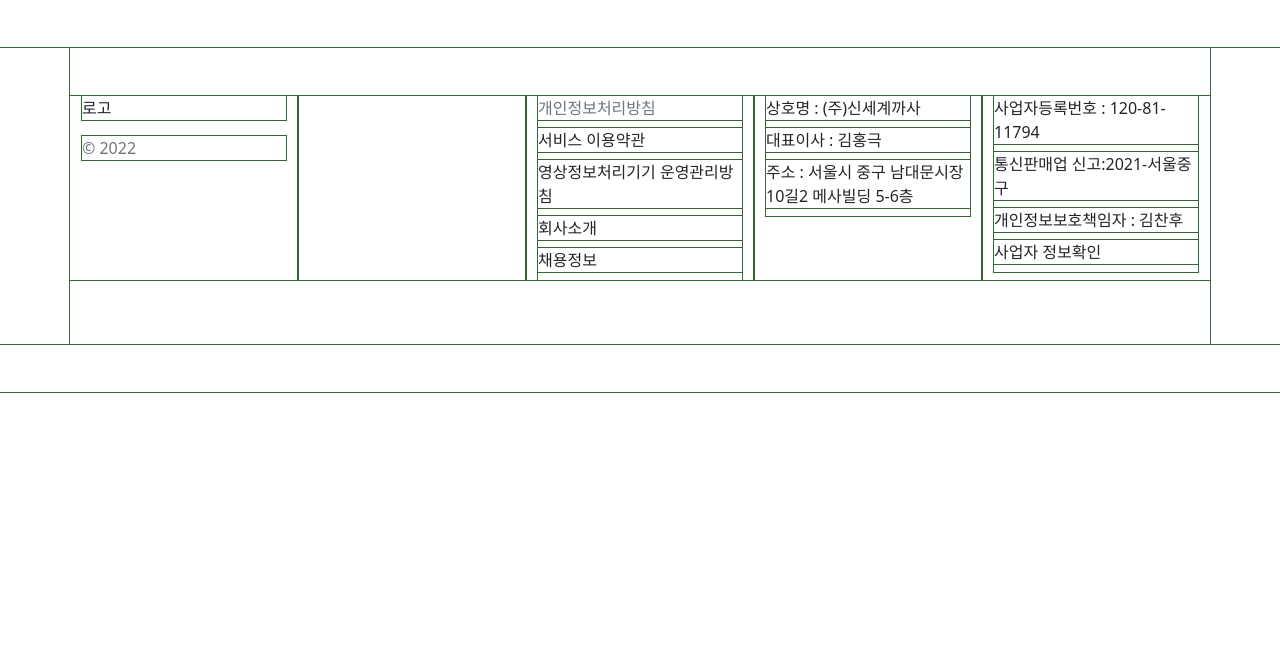
Repository: raoniee/Elice-House-Project
Page: FE/src/components/footer/footer.html
The author's editor kept a copy of each file at every save. The page is drawn from the files as they stood at one save, then again after the next save.
The browser window is 1280 px wide. The pictures show the whole page.

Above is the page before, as saved 2023-07-04 16:57:22.

### FE/src/components/footer/footer.html
<!DOCTYPE html>
<html lang="ko">
  <head>
    <meta charset="UTF-8" />
    <meta http-equiv="X-UA-Compatible" content="IE=edge" />
    <meta name="viewport" content="width=device-width, initial-scale=1.0" />
    <title>Elice-House</title>
    <link
      href="https://cdn.jsdelivr.net/npm/bootstrap@5.2.3/dist/css/bootstrap.min.css"
      rel="stylesheet"
      integrity="sha384-rbsA2VBKQhggwzxH7pPCaAqO46MgnOM80zW1RWuH61DGLwZJEdK2Kadq2F9CUG65"
      crossorigin="anonymous"
    />
    <style>
      * {
        outline: 1px solid #363;
      }
    </style>
  </head>
  <body>
    <div class="container">
      <footer class="row row-cols-1 row-cols-sm-2 row-cols-md-5 py-5 my-5">
        <div class="col mb-3">
          <a
            href="/"
            class="d-flex align-items-center mb-3 link-dark text-decoration-none"
          >
            로고
          </a>
          <p class="text-muted">&copy; 2022</p>
        </div>

        <div class="col mb-3"></div>

        <div class="col mb-3">
          <ul class="nav flex-column">
            <li class="nav-item mb-2 text-muted">개인정보처리방침</li>
            <li class="nav-item mb-2">서비스 이용약관</li>
            <li class="nav-item mb-2">영상정보처리기기 운영관리방침</li>
            <li class="nav-item mb-2">회사소개</li>
            <li class="nav-item mb-2">채용정보</li>
          </ul>
        </div>

        <div class="col mb-3">
          <ul class="nav flex-column">
            <li class="nav-item mb-2">상호명 : (주)신세계까사</li>
            <li class="nav-item mb-2">대표이사 : 김홍극</li>
            <li class="nav-item mb-2">
              주소 : 서울시 중구 남대문시장10길2 메사빌딩 5-6층
            </li>
          </ul>
        </div>

        <div class="col mb-3">
          <ul class="nav flex-column">
            <li class="nav-item mb-2">사업자등록번호 : 120-81-11794</li>
            <li class="nav-item mb-2">통신판매업 신고:2021-서울중구</li>
            <li class="nav-item mb-2">개인정보보호책임자 : 김찬후</li>
            <li class="nav-item mb-2">사업자 정보확인</li>
          </ul>
        </div>
      </footer>
    </div>
    <script
      src="https://cdn.jsdelivr.net/npm/bootstrap@5.2.3/dist/js/bootstrap.bundle.min.js"
      integrity="sha384-kenU1KFdBIe4zVF0s0G1M5b4hcpxyD9F7jL+jjXkk+Q2h455rYXK/7HAuoJl+0I4"
      crossorigin="anonymous"
    ></script>
  </body>
</html>

After the next save:
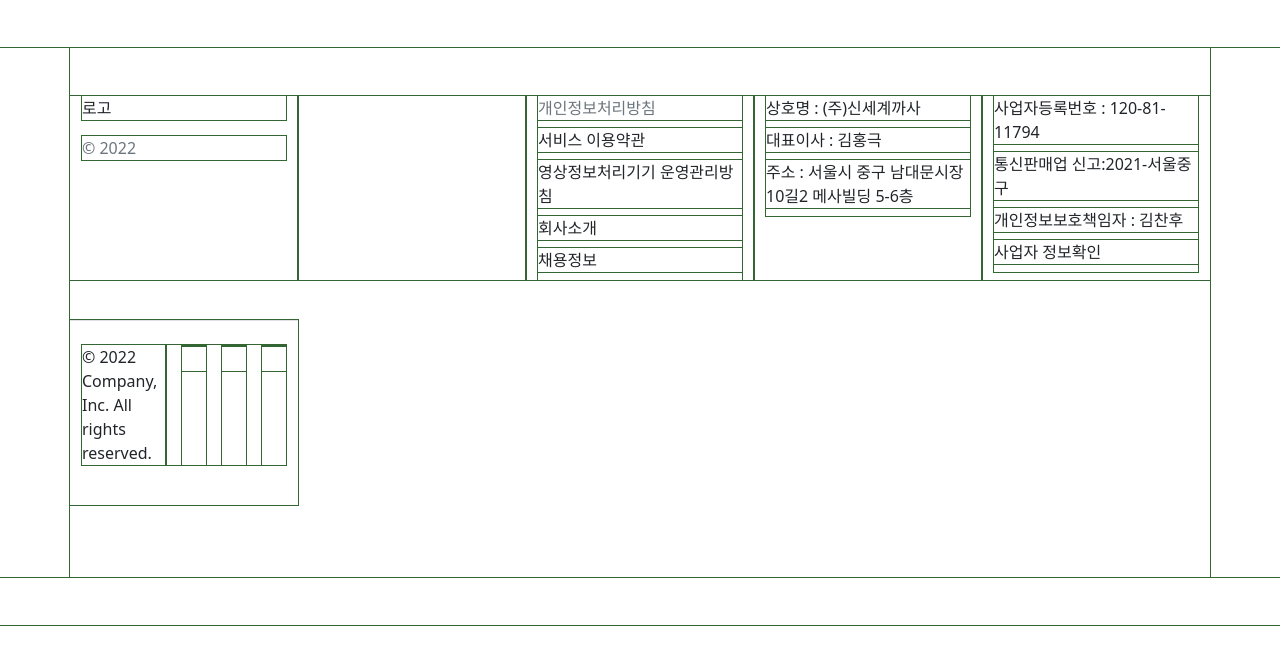
Saved 57 s later.
--- a/FE/src/components/footer/footer.html
+++ b/FE/src/components/footer/footer.html
@@ -60,8 +60,35 @@
             <li class="nav-item mb-2">사업자 정보확인</li>
           </ul>
         </div>
+
+        <div
+          class="d-flex flex-column flex-sm-row justify-content-between py-4 my-4 border-top"
+        >
+          <p>&copy; 2022 Company, Inc. All rights reserved.</p>
+          <ul class="list-unstyled d-flex">
+            <li class="ms-3">
+              <a class="link-dark" href="#"
+                ><svg class="bi" width="24" height="24">
+                  <use xlink:href="#twitter" /></svg
+              ></a>
+            </li>
+            <li class="ms-3">
+              <a class="link-dark" href="#"
+                ><svg class="bi" width="24" height="24">
+                  <use xlink:href="#instagram" /></svg
+              ></a>
+            </li>
+            <li class="ms-3">
+              <a class="link-dark" href="#"
+                ><svg class="bi" width="24" height="24">
+                  <use xlink:href="#facebook" /></svg
+              ></a>
+            </li>
+          </ul>
+        </div>
       </footer>
     </div>
+
     <script
       src="https://cdn.jsdelivr.net/npm/bootstrap@5.2.3/dist/js/bootstrap.bundle.min.js"
       integrity="sha384-kenU1KFdBIe4zVF0s0G1M5b4hcpxyD9F7jL+jjXkk+Q2h455rYXK/7HAuoJl+0I4"
